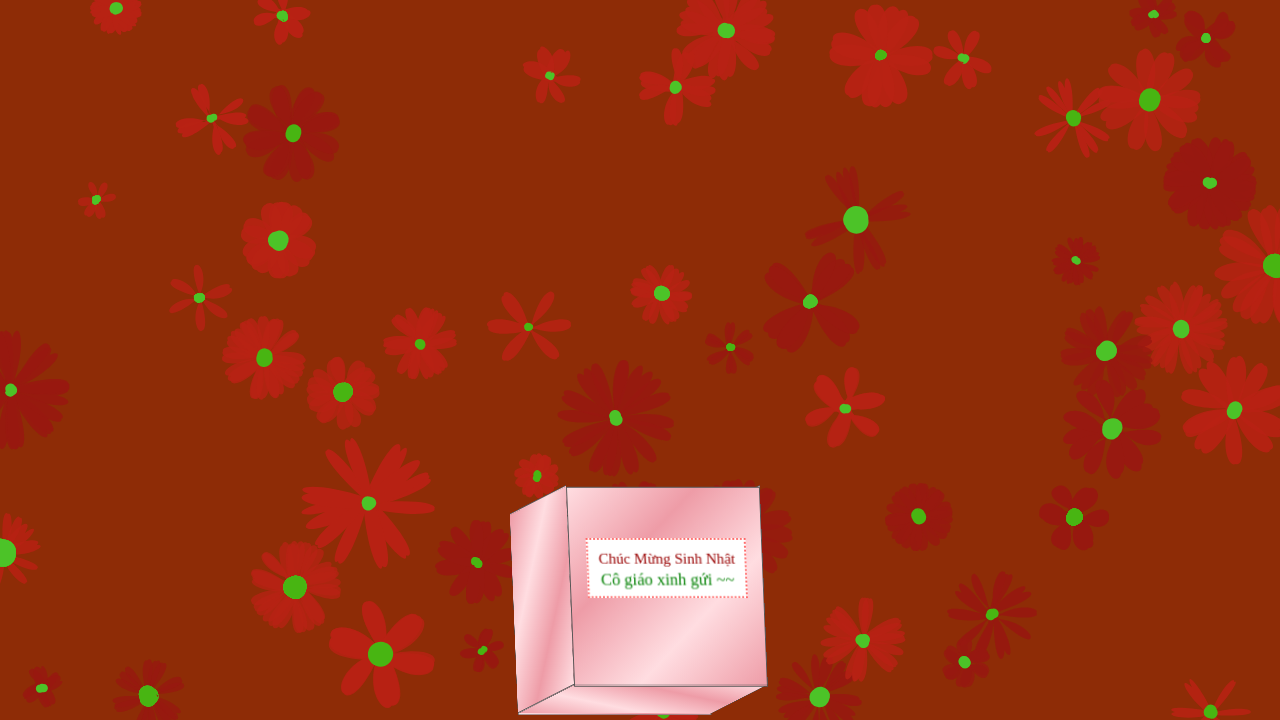
Repository: longhuu2204/click-me
Page: index.html
These files come from the project's save history. The page is drawn as it stood at one moment and after a run of saves; the edit follows.
The browser window is 1280 px wide. The pictures show the whole page.

Above is the page before, as saved 2023-03-10 23:42:01.

### index.html
<html lang="en">
  <head>
    <meta charset="UTF-8" />
    <meta http-equiv="X-UA-Compatible" content="IE=edge" />
    <meta name="viewport" content="width=device-width, initial-scale=1.0" />
    <title>Document</title>
    <link rel="stylesheet" href="canvas.css" />
    <link rel="stylesheet" href="present.css" />
    <link rel="stylesheet" href="card.css" />
    <link rel="stylesheet" href="index.css" />
    <script src="jquery.js"></script>
  </head>
  <body>
    <div class="parent">
      <canvas id="canvas"></canvas>
      <section class="above-fold">
        <div class="wrap-present">
          <div class="present-box" id="present">
            <div class="present">
              <div class="img-wrap" id="present-image"></div>
            </div>
            <div class="side front"></div>
            <div class="side back"></div>
            <div class="side left"></div>
            <div class="side right"></div>
            <div class="side top">
              <span class="to">
                <span class="name" id="nametag"> </span>
              </span>
            </div>
            <div class="side bottom"></div>
          </div>
        </div>
        <p class="info-text">Click to Open</p>
      </section>

      <div id="card">
        <h4 class="title-card">💘little coder💘</h4>

        <img src="Nga3.jpeg" class="honey" />

        <h4 class="content-card">
          Happy Birthday Make A Wish. Dear brother, hope you receive everything
          you wish for this year. You deserve the best! Thanks for being such a
          great brother.💘
        </h4>
      </div>
    </div>
    <audio autoplay loop id="playAudio">
      <source src="nhacnen.mp3" />
    </audio>
  </body>
  <script src="config.js"></script>
  <script src="canvas.js"></script>
  <script src="present.js"></script>
  <script></script>
</html>

### present.css
html,
body {
  margin: 0;
}

.above-fold {
  height: 100vh;
  width: 100vw;
  padding: 0;
  margin: 0;
  perspective: 800px;
  perspective-origin: 50% 200px;
  display: flex;
  flex-wrap: wrap;
  position: relative;
}
.above-fold .info-text {
  width: 100%;
  display: block;
  text-align: center;
  margin: 0;
  padding: 0;
  color: #555;
  font-family: "Avenir";
  font-weight: 100;
  font-size: 13px;
  height: 25px;
  align-self: flex-end;
}

.wrap-present {
  width: 100%;
  display: flex;
  align-self: flex-end;
  position: absolute;
  transform: translate(0, -20px);
}

.present-box {
  transform-style: preserve-3d;
  width: 200px;
  height: 200px;
  margin: auto;
  -webkit-animation: rotate 11s alternate linear infinite;
  animation: rotate 11s alternate linear infinite;
  cursor: pointer;
}
.present-box:hover {
  -webkit-animation: staticFront 700ms ease forwards;
  animation: staticFront 700ms ease forwards;
}
.present-box.open {
  /*&>.side.top{
        opacity: .2;
    }*/
  -webkit-animation: zoomIn 1s ease-in forwards;
  animation: zoomIn 1s ease-in forwards;
  transform: rotateX(-103deg) rotateY(-180deg);
  transition: transform 400ms;
}
.present-box.open .present {
  pointer-events: auto;
  visibility: visible;
}
.present-box.open .present .img-wrap {
  opacity: 1;
  transition: transform 600ms 800ms, opacity 800ms 200ms;
  transform: translateZ(0px);
}
.present-box.open > .side {
  opacity: 0.3;
  transition: opacity 500ms 600ms;
}
.present-box.open > .side.back {
  opacity: 0.7;
  transform: translateZ(-101px) rotateY(180deg);
}
.present-box.open > .side.front {
  transition: transform 800ms 0s, opacity 500ms 600ms, width 600ms 600ms;
  transform: translateZ(100px) rotateY(190deg) translateX(0px);
  transform-origin: 0% 0%;
  opacity: 0.3;
  width: 0;
}

.present-box .present {
  position: absolute;
  width: 200px;
  height: 200px;
  z-index: 50;
  transform: rotateY(-180deg) rotateX(180deg) translateZ(-100px);
  display: flex;
  perspective: 600px;
  pointer-events: none;
  visibility: hidden;
}
.present-box .present > .img-wrap {
  width: 200px;
  align-self: center;
  transition: transform 400ms;
  opacity: 0;
  transform: translateZ(-80px);
}
.present-box .present > .img-wrap a {
  transition: transform 300ms;
  position: relative;
  display: block;
  transform: scale(0.94);
}
.present-box .present > .img-wrap a:hover {
  transform: scale(1);
}
.present-box .present > .img-wrap img {
  max-width: 95%;
  height: 95%;
  margin-top: 0.5%;
  margin-left: 1.75%;
}

.present-box > .side {
  width: 200px;
  height: 200px;
  position: absolute;
  display: block;
  border: #555 solid 1px;
  background: repeating-linear-gradient(
    45deg,
    #ee9ca7,
    #ffdde1,
    #ee9ca7,
    #ffdde1
  );
  top: 0;
  left: 0;
  transition: transform 400ms;
}
.present-box > .side.back {
  transform: translateZ(-100px) rotateY(180deg);
}
.present-box > .side.right {
  transform: rotateY(-270deg) translateX(100px);
  transform-origin: top right;
}
.present-box > .side.left {
  transform: rotateY(270deg) translateX(-100px);
  transform-origin: center left;
}
.present-box > .side.top {
  transform: rotateX(-90deg) translateY(-100px);
  transform-origin: top center;
  transform-style: preserve-3d;
  perspective: 100px;
  text-align: center;
}
.present-box > .side.top .to {
  display: inline-block;
  font-family: cursive;
  position: relative;
  padding: 10px 10px 30px 10px;
  border: 5px dotted #ff6666;
  border-width: 2px;
  background: #fff;
  margin: auto;
  transform: translateZ(-2px) translateY(50px);
}
.present-box > .side.top .to:after {
  content: attr(data-before);
  display: inline-block;
  transform: rotateY(180deg);
  color: #990000;
}
.present-box > .side.top .to .name {
  display: block;
  position: absolute;
  transform: translateY(20px) rotateY(180deg) translateX(10px);
  text-align: center;
  width: 100%;
  font-size: 1.1rem;
  color: green;
}
.present-box > .side.bottom {
  transform: rotateX(90deg) translateY(100px);
  transform-origin: bottom center;
}
.present-box > .side.front {
  transform: translateZ(100px);
}

@-webkit-keyframes rotate {
  100% {
    transform: rotateY(-360deg) rotateX(180deg);
  }
}

@keyframes rotate {
  100% {
    transform: rotateY(-360deg) rotateX(180deg);
  }
}
@-webkit-keyframes staticFront {
  100% {
    transform: rotateX(-100deg) rotateY(-180deg);
  }
}
@keyframes staticFront {
  100% {
    transform: rotateX(-100deg) rotateY(-180deg);
  }
}
@-webkit-keyframes zoomIn {
  50% {
    transform: rotateX(-143deg) rotateY(-180deg) translateZ(-15px);
  }
  100% {
    transform: rotateX(-167deg) rotateY(-180deg) translateZ(-15px) scale(1.2);
  }
}
@keyframes zoomIn {
  50% {
    transform: rotateX(-143deg) rotateY(-180deg) translateZ(-15px);
  }
  100% {
    transform: rotateX(-167deg) rotateY(-180deg) translateZ(-15px) scale(1.2);
  }
}

### card.css
#card {
  margin: 4%;
  position: absolute;
  height: auto;
  width: 350px;
  border-radius: 10px;
  background-color: white;
  background-image: url("https://image.freepik.com/free-vector/open-gift-box-with-heart-shape-confetti-burst-explosion-3d-valentines-day-romantic-gift_165143-438.jpg");
  background-size: 50vh, 70vh;
  box-shadow: 0px 0px 20px red;
  transform: rotate(5deg);
  top: 0px;
  opacity: 0;
  left: -200%;
}

.honey {
  margin: auto;
  padding: 5%;
  display: block;
  border-radius: 50%;
  box-shadow: 0 4px 8px 0 red;
  width: 100px;
  height: 100px;
  object-fit: cover;
}

h4 {
  text-align: center;
  -webkit-text-fill-color: rgba(0, 200, 200, 0.1);
  -webkit-background-clip: text;
  background-image: url("https://i.pinimg.com/originals/20/21/7f/20217f7fa2c9701b8128d8fb153a4db9.gif");
  font-family: "Allura", cursive;
  padding: -2%;
  font-size: 19px;
  overflow: hidden;
}

.card-show {
  opacity: 1 !important;
  left: 0 !important;
  transition: all 3s;
}

### config.js
const nameGirl = 'Cô giáo xinh gứi ~~';
const giftUrl = '';
const eventName = 'Chúc Mừng Sinh Nhật';
const titleCard = 'Tặng bạn Nga';
const contentCard = 'Chúc Nga sinh nhật tràn ngập niềm vui và những nụ cười. Mong mọi điều đẹp nhất sẽ đến với Nga trong hôm nay và cả mãi về sau ~~';

// phần dưới dành cho các bạn biết code, nếu muốn chỉnh ảnh đơn giản với base64
// Cần hỗ trợ hãy liên hệ:
// Mr-Nam http://facebook.com/nam.nodemy
// Các bạn muốn học lập trình thì tham gia Nhóm zalo tự học lập trình nhé: https://zalo.me/g/yhdkef092
const giftImage = 'Nga4.jpg';
const base64 = '';
const giftImageBase64 = "data:[embedded picture, 23 characters]" + base64;

### canvas.js
(function () {

    function playMusic(){
      var myAudio = document.getElementById('playAudio');
      if (myAudio.duration > 0 && !myAudio.paused) {
          //Its playing...do your job

      } else {
        myAudio.play()
        //Not playing...maybe paused, stopped or never played.

      }
    }

    //fields
    var canvas = document.getElementById("canvas");
    var body = document.getElementsByTagName("body")[0];
    var positions = []
    var ctx = canvas.getContext("2d");
    const MINPETAL = 5
    const MAXPETAL = 13
    var pistilC, petalC, pistilC2, petalC2

    /*Initialize flowers*/
    body.addEventListener("click",function(ev){
      drawFlowers()
      playMusic()
    })
    window.onload = drawFlowers
    window.onresize = drawFlowers


    /*Flower flunctions*/
    function drawFlowers() {
      scaleCanvas()
      //background color
      ctx.clearRect(0, 0, canvas.width, canvas.height)
      positions = []
      body.style.filter = chance(.12)?`grayscale(${getRandomInt(0,80)}%)`:""
      let mode = pick(["daisies", "multi", "quad", "roses", "crosshatch", "blueYellow", "greenRed"])
      let bg = new randomColor(minSat=50)
      if(mode=="daisies") bg.l = getRandomInt(0,50)
      canvas.style.backgroundColor = bg.hsl()

      //themes hsl=pistil color hsl2=petal color
      var colorz = {
      "daisies":{h2:12,s2:38,l2:97,h:45,s:92,l:52,vary:20,mix:false},
      "roses":{h:1,s:91,l:46,h2:1,s2:91,l2:30,vary:20,mix:true},
      "crosshatch":{h:1,s:91,l:46,vary:80,mix:true},/*only defines one varying pistil color*/
      "greenRed":{h:102,s:72,l:27,h2:348,s2:89,l2:42,vary:20,mix:false},
      "blueYellow":{h:45,s:99,l:50,h2:240,s2:67,l2:58,vary:10,mix:false},
      }
      //drawing options
      var opt = {
        mode:mode,
        spaceAround:chance(),
        allowLarge:chance(),
        padding:getRandomInt(1,4),
        innerDetails:chance(),
        petalIterations:4,
        minOpacity:getRandomFloat(.5,.9),
        invertColors: chance(.25)
      }

      //assign colors
      let colorOpt = colorz[mode]
      let colors =  getThemeColors(colorOpt) /*pistil color at index 0, petal color at index 1*/

      if(opt.invertColors){
        petalC = colors[0].hsl()
        pistilC = colors[1].hsl()
      } else {
        petalC = colors[1].hsl()
        pistilC = colors[0].hsl()
      }
      colors = getThemeColors(colorOpt)
      if(opt.invertColors){
        petalC2 = colors[0].hsl()
        pistilC2 = colors[1].hsl()
      } else {
        if(colorOpt&&colorOpt.mix){/*switching petals and pistil color*/
          petalC2 = colors[0].hsl()
          pistilC2 = colors[1].hsl()
        } else {
          petalC2 =colors[1].hsl()
          pistilC2 =colors[0].hsl()
        }
      }

      //draw the flowers
      let numFlower = mode=="multi"?getRandomInt(50,1000) : getRandomInt(40,250)
      for(let i=0; i<numFlower; i++){
        if(mode=="multi") {
          pistilC = new randomColor(minSat=50).hsl()
          petalC = new randomColor(minSat=50).hsl()
          pistilC2 = new randomColor(minSat=50).hsl()
          petalC2 = new randomColor(minSat=50).hsl()
        }
        drawFlower(opt)
      }
    }

    function drawFlower(opt) {

      let f = new Flower(opt);
      if(!f) return false;
      positions.push(new Point(f.x, f.y))
      ctx.save();
      ctx.globalAlpha = f.opacity
      ctx.lineWidth = f.lw;
      ctx.translate(f.x, f.y);
      ctx.rotate(f.rad);
      ctx.translate(-f.x, -f.y);

      ctx.fillStyle = chance()?petalC2:petalC
      ctx.strokeStyle = ctx.fillStyle

      //petals
      for (let i = 0; i < f.petals; i++) {
        ctx.translate(f.x, f.y);
        ctx.rotate((f.rotate * Math.PI) / 180);
        ctx.translate(-f.x, -f.y);
        ctx.beginPath();
        ctx.moveTo(f.x, f.y-f.shiftOut);

        for (let j = 0; j < opt.petalIterations; j++) {
          let sp1 = f.r*f.petalSpread1
          let len1 = f.r*f.petalLength1
          let sp2 = f.r*f.petalSpread2
          let len2 = f.r*f.petalLength2
          let endX = f.petalBase
          let endY = f.shiftOut
          ctx.translate(f.x, f.y);
          if(j%2==0){/*symmetric rotations for more symmetric petals, rando for some irregularity*/
             ctx.rotate((j*(360/opt.petalIterations) * Math.PI) / 180);
          } else {
             ctx.rotate((j*(getRandomInt(1,4)) * Math.PI) / 180);
          }

          ctx.translate(-f.x, -f.y);
          ctx.bezierCurveTo(f.x-sp1,/*control point #1 'upper left'*/
                            f.y-len1,
                            f.x+sp2,/*control point #2 'upper right'*/
                            f.y-len2,
                            f.x+endX,/*ending point*/
                            f.y-endY)
          if(opt.innerDetails) ctx.quadraticCurveTo(
                            f.x,/*control point*/
                            f.y+f.r,
                            f.x+getRandomInt(0,5),/*ending point*/
                            f.y)
        }

        ctx.fill();
        ctx.closePath();
        ctx.beginPath()

      }
      //pistil
       for (let j = 0; j < 3; j++) {
        ctx.arc(f.x+getRandomFloat(-2,2), f.y+getRandomFloat(-2,2), (f.r/f.centerDivisor), 0, 360)
       }

      ctx.strokeStyle = petalC;
      ctx.fillStyle = opt.mode!="crosshatch"&&opt.mode!="daisies" ? (chance()?pistilC2:pistilC) : pistilC;
      ctx.globalAlpha = 1;
      ctx.fill();
      ctx.restore();
    }

    function Flower(opt) {

      this.r = opt.allowLarge && chance(.05)? getRandomInt(50,150) : getRandomInt(20,50)
      this.x = getRandomInt(0, canvas.width)
      this.y = getRandomInt(0, canvas.height)

      if(opt.spaceAround&&positions.some(pos=>{
        let d =  distance(new Point(this.x,this.y), new Point(pos.x,pos.y))
        return d<this.r*opt.padding
      })) {
        return false;
      }

      this.lw = 4;
      this.angle = getRandomInt(0, 360)
      this.rad = (this.angle * Math.PI) / 180
      this.opacity = getRandomFloat(opt.minOpacity,1)
      this.petals = this.r <= 40 ? getRandomInt(3,9) : getRandomInt(MINPETAL,MAXPETAL)
      this.shiftOut = getRandomFloat(0,this.r/3)
      this.petalBase = getRandomInt(0,5);//getRandomInt(0,this.r<25?5:10)
      this.centerDivisor = getRandomFloat(3,9)
      this.petalSpread1 = getRandomFloat(.3,this.petals<=7?.7:.5)
      this.petalLength1 = getRandomFloat(.9,2)
      this.petalSpread2 = getRandomFloat(this.petalSpread1-.2,this.petalSpread1+.2);
      this.petalLength2 = getRandomFloat(.9,2)
      this.rotate = Math.floor(360/this.petals);
    }

    function getThemeColors(opt){
      let dPetal = new randomColor()
      let dPistil = new randomColor()
      if(!opt) return [dPistil, dPetal]
      if(opt.h) dPetal.h = opt.h + getRandomInt(-opt.vary,opt.vary)
      if(opt.s) dPetal.s = opt.s + getRandomInt(-opt.vary,opt.vary)
      if(opt.l) dPetal.l = opt.l + getRandomInt(-opt.vary,opt.vary)
      if(opt.h2) dPistil.h = opt.h2 + getRandomInt(-opt.vary,opt.vary)
      if(opt.s2) dPistil.s = opt.s2 + getRandomInt(-opt.vary,opt.vary)
      if(opt.l2) dPistil.l = opt.l2 + getRandomInt(-opt.vary,opt.vary)
      return [dPetal, dPistil]
    }


  /*utility*/
  function scaleCanvas(){
    var w = Math.max(document.documentElement.clientWidth, window.innerWidth);
    var h = Math.max(document.documentElement.clientHeight, window.innerHeight);
    console.log(`width:${w},height:${h}`)
    canvas.style.width = w + "px";
    canvas.style.height = h + "px";
    var scale = 1;//window.devicePixelRatio;

    canvas.width = Math.floor(w * scale);
    canvas.height = Math.floor(h * scale);
    ctx.scale(scale, scale);
  }
  function distance(p1, p2) {
    return Math.floor(Math.sqrt(Math.pow(p1.x-p2.x,2) + Math.pow(p1.y - p2.y,2)))
  }
  function randomColor(minSat = 0, maxSat=100, minBright=0, maxBright=100){
    this.h = getRandomInt(0,360)
    this.s = getRandomInt(minSat,maxSat)
    this.l = getRandomInt(minBright,maxBright)
    this.hsl = ()=>{return`hsl(${this.h},${this.s}%,${this.l}%)`};
  }
  function getRandomInt(min, max) {
    min = Math.ceil(min);
    max = Math.floor(max);
    return Math.floor(Math.random() * (max - min + 1)) + min;
  }
  function getRandomFloat(min, max) {
    return Math.random() * (max - min) + min;
  }
  function pick(arr) {
    return arr[Math.floor(Math.random() * arr.length)];
  }
  function chance(limit = 0.5) {
    return Math.random() < limit;
  }
  function Point(x,y) {
    this.x = x
    this.y = y
  }
  })("sweaverD.com");

### present.js

// Cần hỗ trợ hãy liên hệ:
// Mr-Nam http://facebook.com/nam.nodemy
// Các bạn muốn học lập trình thì tham gia Nhóm zalo tự học lập trình nhé: https://zalo.me/g/yhdkef092

var to = nameGirl;
var gift_url = giftUrl;
var gift_image_url = giftImage || giftImageBase64;

var nametag = document.getElementById("nametag");
var present = document.getElementById("present");
var presentImage = document.getElementById("present-image");

function init() {
  var graphElem = document.querySelector('.present-box > .side.top .to');
  graphElem.setAttribute('data-before', eventName);
  document.querySelector('#card .title-card').innerHTML = `💘${titleCard}💘`;
  document.querySelector('#card .content-card').innerHTML = `${contentCard}`;
  //document.querySelector('#card .honey').setAttribute('src', `${giftImage}`);

  var _giftLink,
      _giftImg;

  if (gift_url) {
    _giftLink = document.createElement("a");
    _giftLink.href = gift_url;
    _giftLink.target = "_blank";
    presentImage.appendChild(_giftLink);
  }

  if (gift_image_url) {
    _giftImg = document.createElement("img");
    _giftImg.src = gift_image_url;
    if(_giftLink) {
      _giftLink.appendChild(_giftImg);
    } else {
      presentImage.appendChild(_giftImg);
    }
  }

  present.addEventListener("click", function(e){
    present.classList.toggle("open");
    document.getElementById('card').classList.add('card-show');
  }, false);



  nametag.innerText = to;
}

init();

Loaded but not shown: canvas.css (common file); index.css (common file); jquery.js (library)

After the next 2 saves:
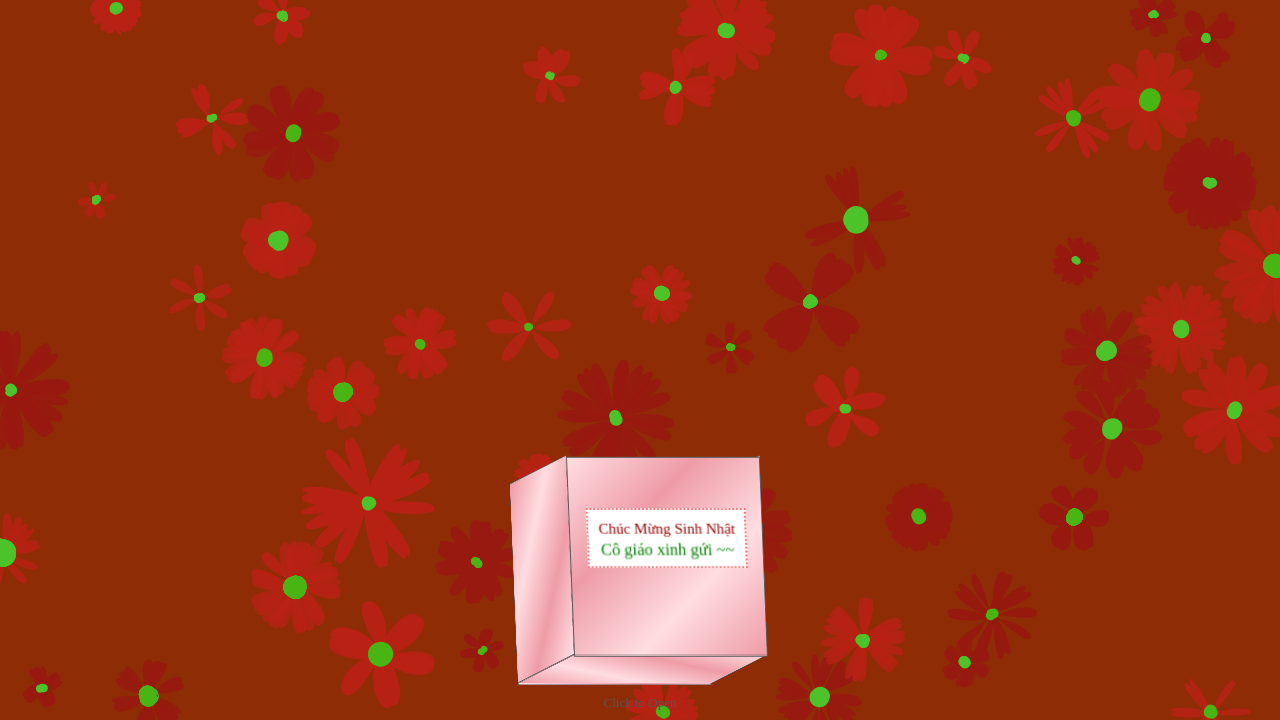
The 2 saves are shown as one change because they came seconds apart.
The last was saved 7 s later.
--- a/present.css
+++ b/present.css
@@ -33,7 +33,7 @@ body {
   display: flex;
   align-self: flex-end;
   position: absolute;
-  transform: translate(0, -20px);
+  transform: translate(0, -50px);
 }
 
 .present-box {
